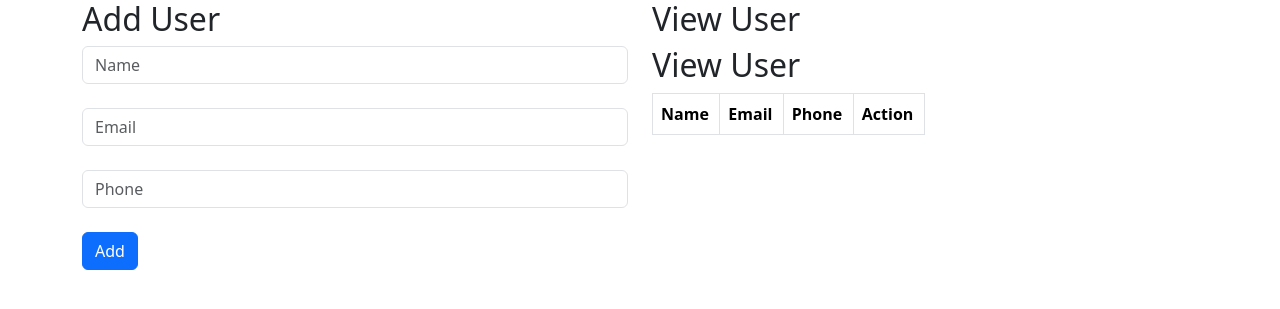
Repository: 9703146255/ADV-JAVA-PROJECTS
Page: http://localhost/03-CrudOperationProject/
An editor plug-in stored every save of this project. The page is shown before and after the next save, followed by the edit.
The browser window is 1280 px wide. The pictures show the whole page.
The page is served by Tomcat 9. Other server files are loaded and not shown.

Above is the page before, as saved 2023-11-07 07:38:58.

### 03-CrudOperationProject/src/main/webapp/user.jsp
<%@ page language="java" contentType="text/html; charset=UTF-8" pageEncoding="UTF-8" %>
<%@ taglib uri="http://java.sun.com/jsp/jstl/core" prefix="c" %>
<!DOCTYPE html>
<html>
<head>
    <meta charset="ISO-8859-1">
    <title>User Page</title>
    <link href="https://cdn.jsdelivr.net/npm/bootstrap@5.3.2/dist/css/bootstrap.min.css" rel="stylesheet" integrity="sha384-T3c6CoIi6uLrA9TneNEoa7RxnatzjcDSCmG1MXxSR1GAsXEV/Dwwykc2MPK8M2HN" crossorigin="anonymous">
    <script src="https://cdn.jsdelivr.net/npm/bootstrap@5.3.2/dist/js/bootstrap.bundle.min.js" integrity="sha384-C6RzsynM9kWDrMNeT87bh95OGNyZPhcTNXj1NW7RuBCsyN/o0jlpcV8Qyq46cDfL" crossorigin="anonymous">
    </script>
</head>
<body>
  <div class="container">
    <div class="row">
      <div class="col-md-6">
        <h2>Add User</h2>
        <form action="UserController" method="post">
          <input type="text" name="name" class="form-control" placeholder="Name" required><br>
          <input type="text" name="email" class="form-control" placeholder="Email" required><br>
          <input type="text" name="phone" class="form-control" placeholder="Phone" required><br>
          <input type="submit" class="btn btn-primary" value="Add">
        </form>
      </div>
      <div class="col-md-6">
        <h2>View User</h2>
        <div class="col-md-6">
        <h2>View User</h2>
        <table class="table table-bordered">
          <thead>
            <tr>
              <th>Name</th>
              <th>Email</th>
              <th>Phone</th>
              <th>Action</th>
            </tr>
          </thead>
          <tbody>
            <c:forEach items="${users}" var="user">
              <tr>
                <td>${user.name}</td>
                <td>${user.email}</td>
                <td>${user.phone}</td>
                <td>
                  <a href="editUser.jsp?id=${user.id}" class="btn btn-primary">Edit</a>
                  <a href="deleteUser?id=${user.id}" class="btn btn-danger">Delete</a>
                </td>
              </tr>
            </c:forEach>
          </tbody>
        </table>
      </div>
      </div>
    </div>
  </div>
</body>
</html>

After the next save:
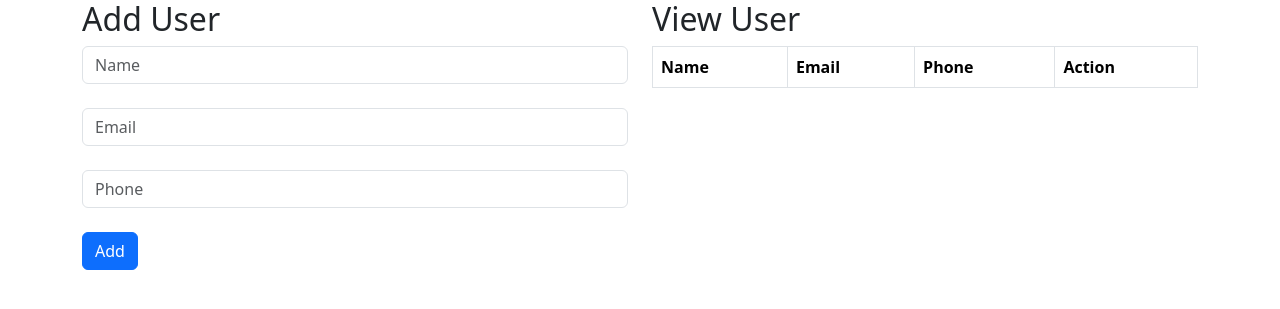
Saved 42 s later.
--- a/03-CrudOperationProject/src/main/webapp/user.jsp
+++ b/03-CrudOperationProject/src/main/webapp/user.jsp
@@ -23,8 +23,6 @@
       </div>
       <div class="col-md-6">
         <h2>View User</h2>
-        <div class="col-md-6">
-        <h2>View User</h2>
         <table class="table table-bordered">
           <thead>
             <tr>
@@ -49,7 +47,6 @@
           </tbody>
         </table>
       </div>
-      </div>
     </div>
   </div>
 </body>
